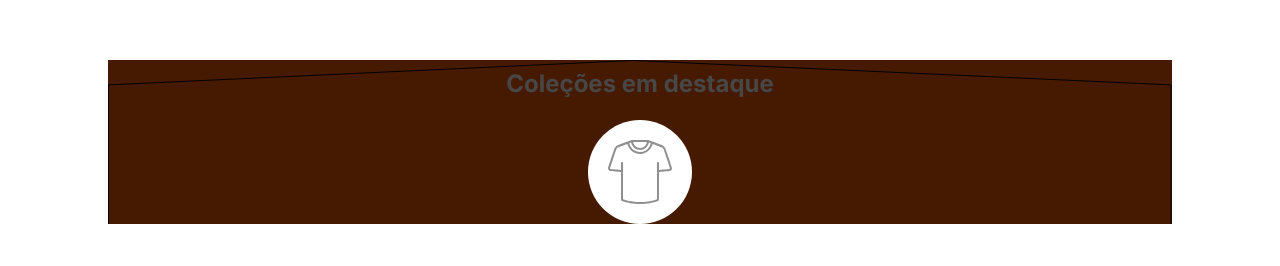
Repository: geracao-09/digital-store
Page: index.html
The author's editor kept a copy of each file at every save. The page is drawn from the files as they stood at one save, then again after a run of saves.
The browser window is 1280 px wide. The pictures show the part of the page from y = 1398 to 2080 px (the page is 1664 px tall before and 2080 px after).
A picture or video elsewhere on the page could not be fetched, so the positions and the page height are approximate.

Above is the page before, as saved 2025-04-24 10:38:10.

After the next 2 saves:
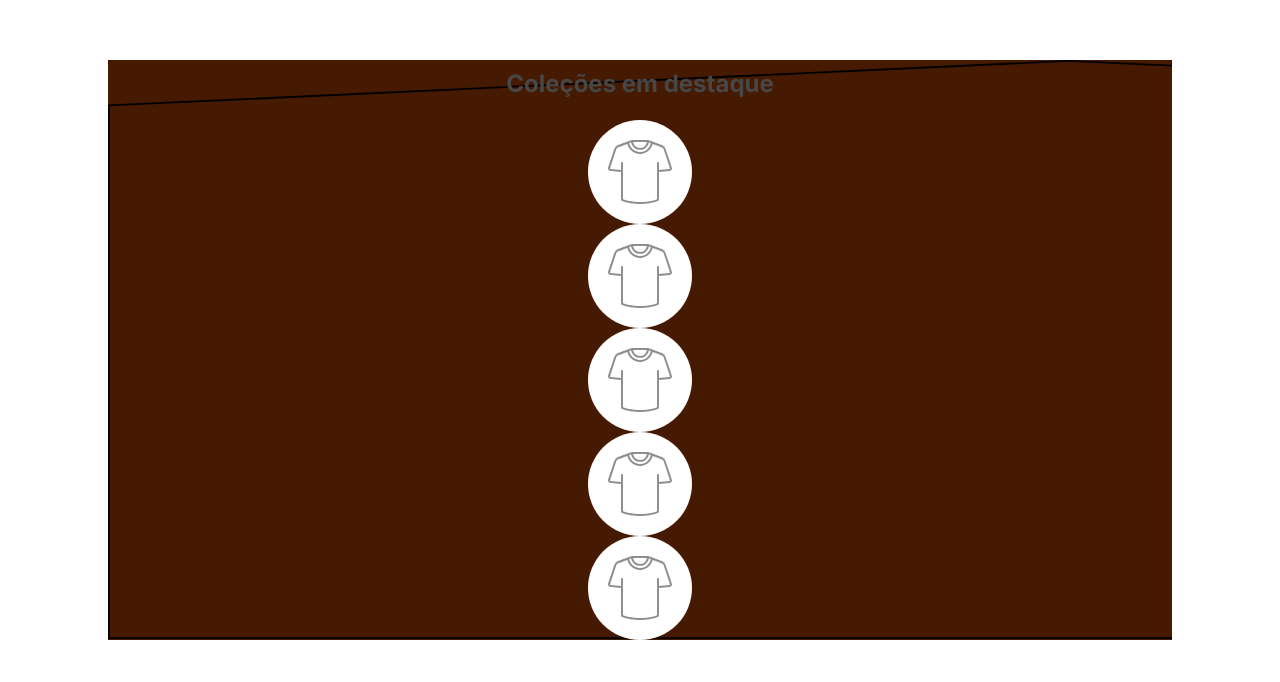
The 2 saves are shown as one change because they came seconds apart.
The last was saved 8 s later.
--- a/index.html
+++ b/index.html
@@ -129,6 +129,22 @@
                     <div class="bg-[url(/assets/t-shirt.svg)] w-[104px] h-[104px] bg-white bg-no-repeat bg-center rounded-full"></div>
                     <p></p>
                 </a></li>
+                <li><a href="#">
+                    <div class="bg-[url(/assets/t-shirt.svg)] w-[104px] h-[104px] bg-white bg-no-repeat bg-center rounded-full"></div>
+                    <p></p>
+                </a></li>
+                <li><a href="#">
+                    <div class="bg-[url(/assets/t-shirt.svg)] w-[104px] h-[104px] bg-white bg-no-repeat bg-center rounded-full"></div>
+                    <p></p>
+                </a></li>
+                <li><a href="#">
+                    <div class="bg-[url(/assets/t-shirt.svg)] w-[104px] h-[104px] bg-white bg-no-repeat bg-center rounded-full"></div>
+                    <p></p>
+                </a></li>
+                <li><a href="#">
+                    <div class="bg-[url(/assets/t-shirt.svg)] w-[104px] h-[104px] bg-white bg-no-repeat bg-center rounded-full"></div>
+                    <p></p>
+                </a></li>
             </ul>
         </div>
     </section>
